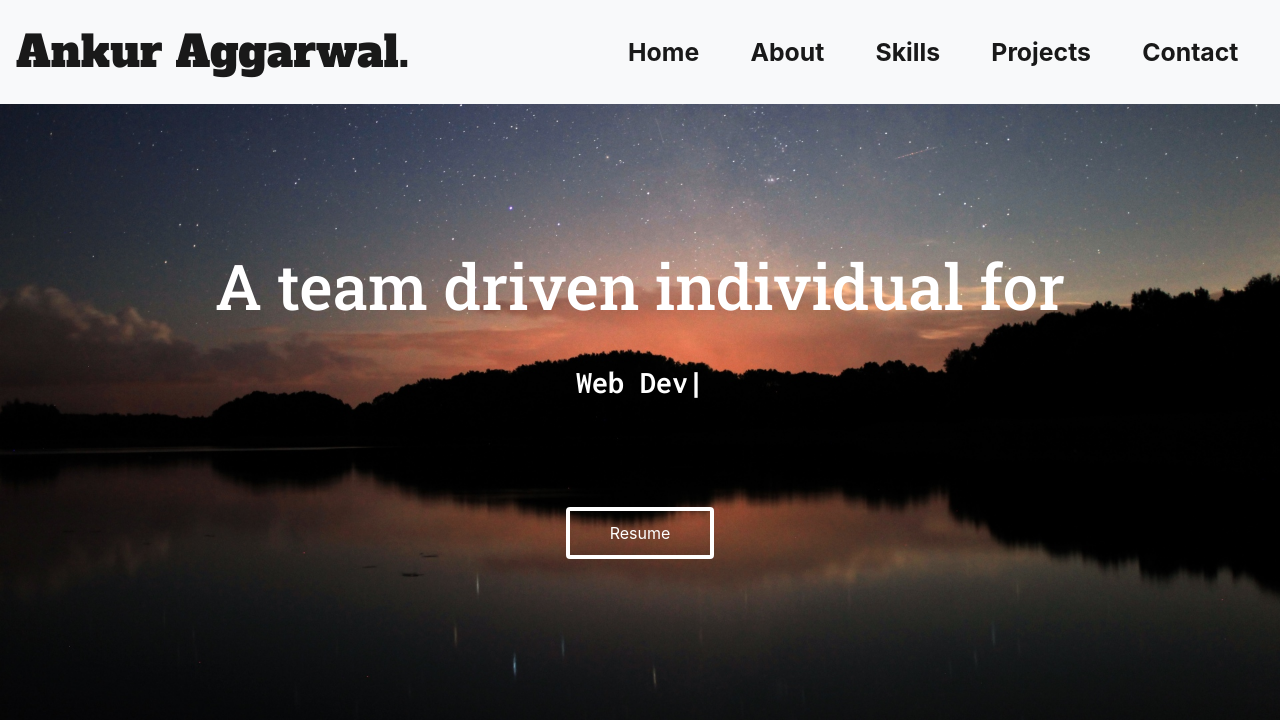
Repository: AnkurDevv/PersonalWebsite
Page: index.html
The author's editor kept a copy of each file at every save. The page is drawn from the files as they stood at one save, then again after the next save.
The browser window is 1280 px wide. The pictures show the whole page.

Above is the page before, as saved 2020-09-13 15:52:36.
Not found: images/social media icons/instagram.png

After the next save:
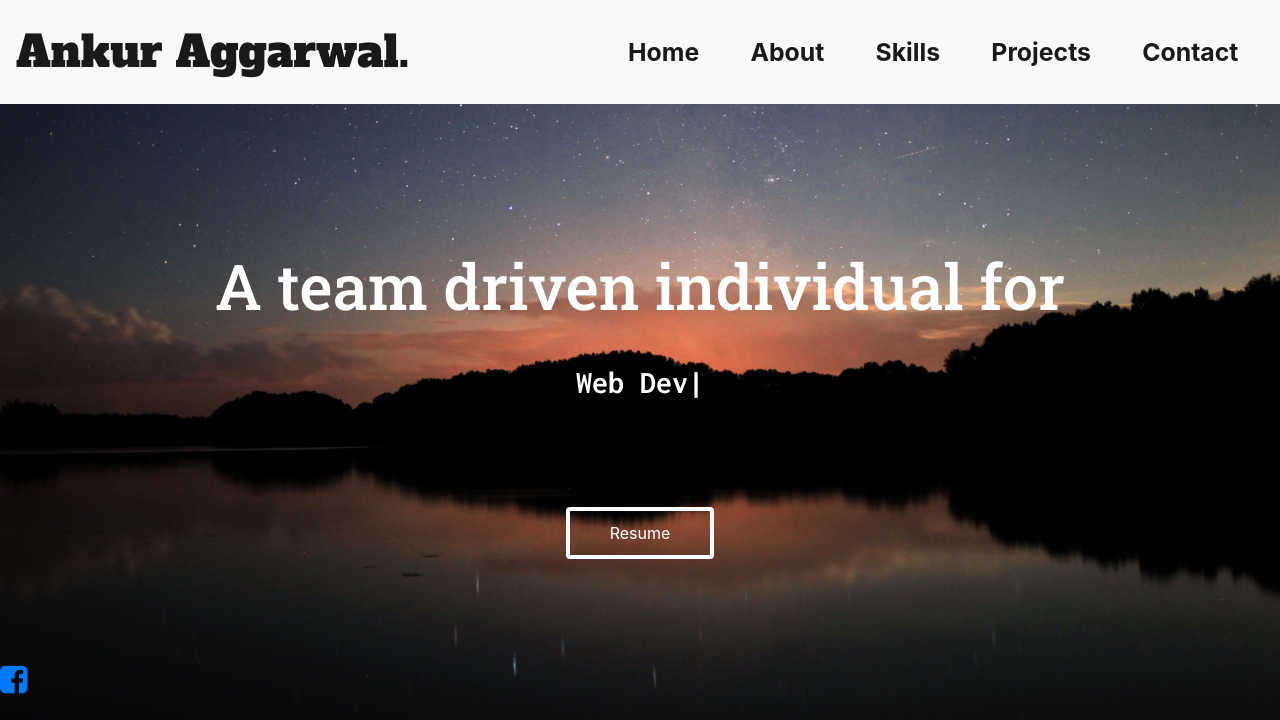
Saved 70 s later.
--- a/index.html
+++ b/index.html
@@ -87,8 +87,8 @@
 
       <!-- SOCIAL LINKS -->
       <div class="socialLinksDiv">
-        <a href="https://www.instagram.com/ankur_2112/?hl=en" target="blank"><img
-            src="images/social media icons/instagram.png" alt=""></a>
+        <a href="https://www.facebook.com/ankur.aggarwal1234" target="blank"><i
+            class="fa fa-facebook-square fa-2x"></i></a>
       </div>
 
     </section>
